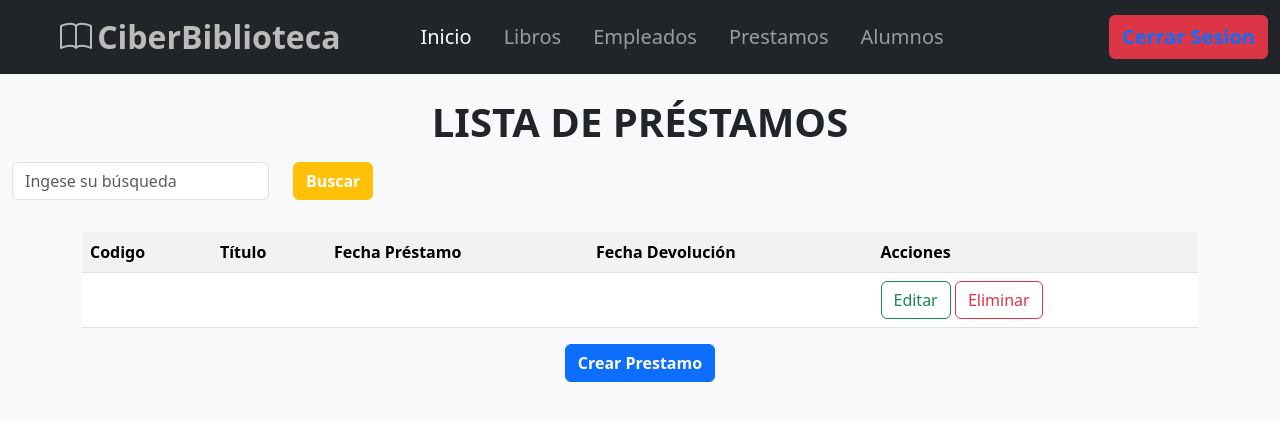
Repository: WilmerOcampo/LP1_Biblioteca
Page: http://localhost/Proyecto/listaPrestamos.jsp
The author's editor kept a copy of each file at every save. The page is drawn from the files as they stood at one save, then again after the next save.
The browser window is 1280 px wide. The pictures show the whole page.
The page is served by Tomcat 10. Other server files are loaded and not shown.

Above is the page before, as saved 2023-05-31 16:13:27.

### Proyecto/src/main/webapp/listaPrestamos.jsp
<%@ page language="java" contentType="text/html; charset=ISO-8859-1"
    pageEncoding="ISO-8859-1"%>
<!DOCTYPE html>
<html>
<head>
<meta charset="ISO-8859-1">
<title>Préstamos</title>
<link href="https://cdn.jsdelivr.net/npm/bootstrap@5.3.0-alpha3/dist/css/bootstrap.min.css" rel="stylesheet"
    integrity="sha384-KK94CHFLLe+nY2dmCWGMq91rCGa5gtU4mk92HdvYe+M/SXH301p5ILy+dN9+nJOZ" crossorigin="anonymous">
<link rel="stylesheet" href="https://cdn.jsdelivr.net/npm/bootstrap-icons@1.8.1/font/bootstrap-icons.css">
</head>

<body class="bg-light">

    <!-- Inicio del menu -->
      <nav class="navbar navbar-expand-md navbar-dark bg-dark">
        <div class="container-fluid">

        <!-- icono o nombre -->
        <a class="navbar-brand" href="#" style="padding-left: 3rem; padding-right: 3rem;">
            <i class="bi bi-book" style="font-size: 2rem; color:#bbb"></i>
            <span style="font-size: 2rem; color:#bbb"><b>CiberBiblioteca</b></span>
          </a>

        <!-- boton del menu -->
        <button class="navbar-toggler" type="button" data-bs-toggle="collapse" data-bs-target="#menu" aria-controls="navbarSupportedContent" aria-expanded="false" aria-label="Toggle navigation">
            <span class="navbar-toggler-icon"></span>
        </button>

          <!-- elementos del menu colapsable -->
        <div class="collapse navbar-collapse" id="menu">
            <ul class="navbar-nav me-auto" style="font-size: 20px">
                  <li class="nav-item" style="margin:0 0.5rem">
                    <a class="nav-link active" aria-current="page" href="index.jsp">Inicio</a>
                  </li>
                  <li class="nav-item" style="margin:0 0.5rem">
                    <a class="nav-link" href="listaLibros.jsp">Libros</a>
                  </li>
                  <li class="nav-item" style="margin:0 0.5rem">
                    <a class="nav-link" href="listaEmpleados.jsp">Empleados</a>
                  </li>
                  <li class="nav-item" style="margin:0 0.5rem">
                    <a class="nav-link" href="listaPrestamos.jsp">Prestamos</a>
                  </li>
                  <li class="nav-item" style="margin:0 0.5rem">
                    <a class="nav-link" href="listaAlumnos.jsp">Alumnos</a>
                  </li>
                 </ul>

          <hr class="d-md-none text-white-50">

         <!--boton Informacion -->
          <form class="d-flex">
            <button class="btn btn-danger d-none d-md-inline-block " type="submit" style="font-size: 20px; font-weight:600"><a href="login.jsp" style="text-decoration: none;">Cerrar Sesion</a></button>
          </form>
        </div>
        </div>
      </nav>

	<br>
    <h1 class="d-flex justify-content-center" style="text-transform: uppercase;"><strong>Lista de Préstamos</strong></h1>

    <nav class="navbar">
        <div class="container-fluid">
            <form class="d-flex" role="search">
                <input class="form-control me-4" type="search" placeholder="Ingese su búsqueda" aria-label="Search">
                <button class="btn btn-warning" type="submit" style="color: #fff; font-weight:600">Buscar</button>
            </form>
        </div>
    </nav><br>

    <div class="container">

        <table class="table table-striped">
            <tr>
                <th scope="col">Codigo</th>
                <th scope="col">Título</th>
                <th scope="col">Fecha Préstamo</th>
                <th scope="col">Fecha Devolución</th>
                <th scope="col">Acciones</th>
            </tr>

            <tr>
                <th></th>
                <td></td>
                <td></td>
                <td></td>
                <td><a class="btn btn-outline-success" href="">Editar</a>
                    <a class="btn btn-outline-danger" href="#" onclick="confirmarEliminacion()">Eliminar</a>
                </td>
            </tr>
        </table>

        <div class="d-flex justify-content-center">
            <input class="btn btn-primary" type="button" value="Crear Prestamo" style="color: #fff; font-weight:600"
                onclick="window.location.href='registrarPrestamo.jsp'">
        </div>

    </div>

    <script src="https://cdn.jsdelivr.net/npm/bootstrap@5.3.0-alpha3/dist/js/bootstrap.bundle.min.js"
        integrity="sha384-ENjdO4Dr2bkBIFxQpeoTz1HIcje39Wm4jDKdf19U8gI4ddQ3GYNS7NTKfAdVQSZe"
        crossorigin="anonymous"></script>

<script>
	function confirmarEliminacion(codigo) {
		if (confirm("¿Estás seguro de que deseas eliminar este registro?")) {
			window.location.href = "ControladorClientes?instruccion=eliminar&codigo=" + codigo;
		}
	}
</script>

</body>
</html>

After the next save:
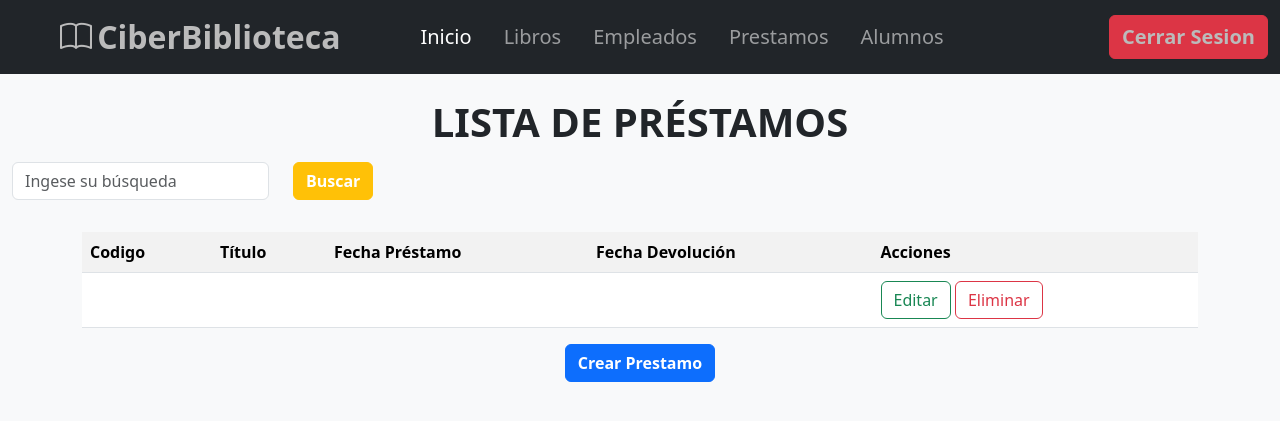
Saved 24 s later.
--- a/Proyecto/src/main/webapp/listaPrestamos.jsp
+++ b/Proyecto/src/main/webapp/listaPrestamos.jsp
@@ -51,7 +51,7 @@
 
          <!--boton Informacion -->
           <form class="d-flex">
-            <button class="btn btn-danger d-none d-md-inline-block " type="submit" style="font-size: 20px; font-weight:600"><a href="login.jsp" style="text-decoration: none;">Cerrar Sesion</a></button>
+            <button class="btn btn-danger d-none d-md-inline-block " type="submit" style="font-size: 20px; font-weight:600"><a href="login.jsp" style="text-decoration: none; color: #bbb">Cerrar Sesion</a></button>
           </form>
         </div>
         </div>
